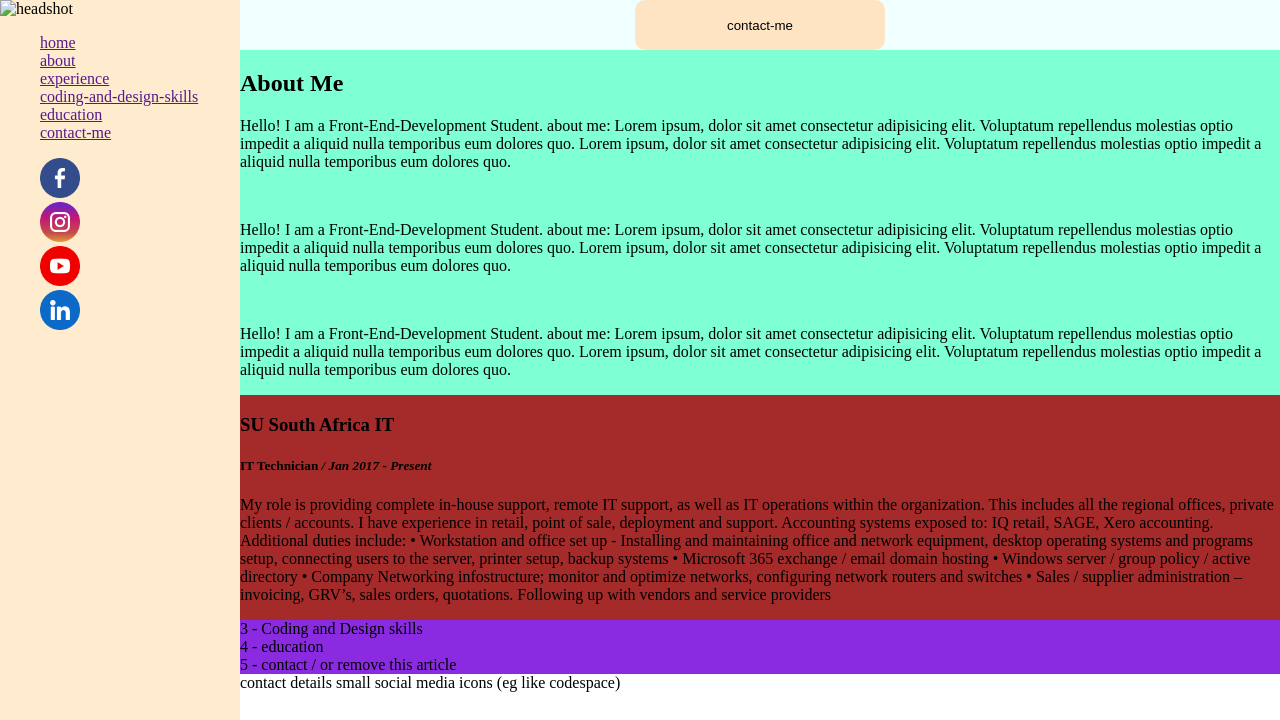
Repository: WesleyErasmus/MyDigitalResume-5
Page: index.html
An editor plug-in stored every save of this project. The page is shown before and after the next save, followed by the edit.
The browser window is 1280 px wide. The pictures show the whole page.

Above is the page before, as saved 2022-02-25 16:15:58.

### index.html
<!DOCTYPE html>
<html lang="en">

<head>
    <meta charset="UTF-8">
    <meta http-equiv="X-UA-Compatible" content="IE=edge">
    <meta name="viewport" content="width=device-width, initial-scale=1.0">
    <title>Wesley Erasmus Digital Resume 5</title>
    <link rel="stylesheet" href="stylesheet.css">
</head>

<body>
    <!-- look into using use hr tag -->
    <header>
        <span>
            <button id="contact-me-btn">contact-me</button>
        </span>
    </header>
    <nav>
        <img src="" alt="headshot">
        <ul class="nav-btns">
            <li><a href="">home</a></li>
            <li><a href="">about</a></li>
            <li><a href="">experience</a></li>
            <li><a href="">coding-and-design-skills</a></li>
            <li><a href="">education</a></li>
            <li><a href="">contact-me</a></li>
        </ul>
        <ul class="social-media-links">
            <li><a href="https://www.facebook.com/codespaceza" target="_blank"><img src="/icons/facebook.png"
                        alt="Facebook" width="40px" height="40px"></a></li>
            <li><a href="https://www.instagram.com/codespaceza/" target="_blank"><img src="icons/instagram.png"
                        alt="Instagram" width="40px" height="40px"></a></li>
            <li><a href="https://www.youtube.com/channel/UCfmXJliguiwBv2QlRzWdrxA" target="_blank"><img
                        src="icons/youtube.png" alt="YouTube" width="40px" height="40px"></a></li>
            <li><a href="https://www.linkedin.com/school/codespaceza/" target="_blank"><img src="icons/linkedin.png"
                        alt="LinkedIn" width="40px" height="40px"></a></li>
        </ul>
    </nav>
    <main>
        <article class="about-me">
            <h1>About Me</h1>
                <p>Hello! I am a Front-End-Development Student. about me: Lorem ipsum, dolor sit amet consectetur
                    adipisicing elit. Voluptatum repellendus molestias optio impedit a aliquid nulla temporibus eum
                    dolores quo. Lorem ipsum, dolor sit amet consectetur adipisicing elit. Voluptatum repellendus
                    molestias optio impedit a aliquid nulla temporibus eum dolores quo.</p>
                <br>
                <p>Hello! I am a Front-End-Development Student. about me: Lorem ipsum, dolor sit amet consectetur
                    adipisicing elit. Voluptatum repellendus molestias optio impedit a aliquid nulla temporibus eum
                    dolores quo. Lorem ipsum, dolor sit amet consectetur adipisicing elit. Voluptatum repellendus
                    molestias optio impedit a aliquid nulla temporibus eum dolores quo.</p>
                <br>
                <p>Hello! I am a Front-End-Development Student. about me: Lorem ipsum, dolor sit amet consectetur
                    adipisicing elit. Voluptatum repellendus molestias optio impedit a aliquid nulla temporibus eum
                    dolores quo. Lorem ipsum, dolor sit amet consectetur adipisicing elit. Voluptatum repellendus
                    molestias optio impedit a aliquid nulla temporibus eum dolores quo.</p>
        </article>
        <article class="job-experience">
            <h3>SU South Africa IT</h3>
            <h5>IT Technician <em>/ Jan 2017 - Present</em> </em></h5>
            <p>My role is providing complete in-house support, remote IT support, as well as IT operations within the organization. This includes all the regional offices, private clients / accounts. I have experience in retail, point of sale, deployment and support. Accounting systems exposed to: IQ retail, SAGE, Xero accounting. Additional duties include:
                • Workstation and office set up - Installing and maintaining office and network equipment, desktop operating systems and programs setup, connecting users to the server, printer setup, backup systems
                • Microsoft 365 exchange / email domain hosting
                • Windows server / group policy / active directory
                • Company Networking infostructure; monitor and optimize networks, configuring network routers and switches
                • Sales / supplier administration – invoicing, GRV’s, sales orders, quotations. Following up with vendors and service providers</p>

        </article>
        <article class="coding-and-design-skills">
            3 - Coding and Design skills
        </article>
        <article class="education">
            4 - education
        </article>
        <article>
            5 - contact / or remove this article
        </article>
    </main>
    <footer>
        contact details
        small social media icons (eg like codespace)
    </footer>

</body>

</html>

### stylesheet.css
* {
    box-sizing: border-box;
    list-style-type: none;
}
body {
    margin: 0 0 0 240px;
    padding: 0;
}
header {
    background-color: azure;
    text-align: center;
}
button#contact-me-btn {
    background-color: bisque;
    width: 250px;
    height: 50px;
    border-radius: 10px;
    border: none;
}
nav {
    background-color: blanchedalmond;
    float: left;
    position: fixed;
    left: 0;
    overflow-y: auto;
    overflow-x: hidden;
    height: 100vh;
    min-height: 100vh;
    top: 0;
    width: 240px;
    z-index: 1;
}
main {
    background-color: blueviolet;
    position: relative;
    display: block;
    width: 100%;
}
article.about-me {
    background-color: aquamarine;
    overflow-x: hidden;
    /* Will need to use the two above stylings for other elements in main container  */
}
article.job-experience {
    background-color:brown;
    overflow-x: hidden;
}

After the next save:
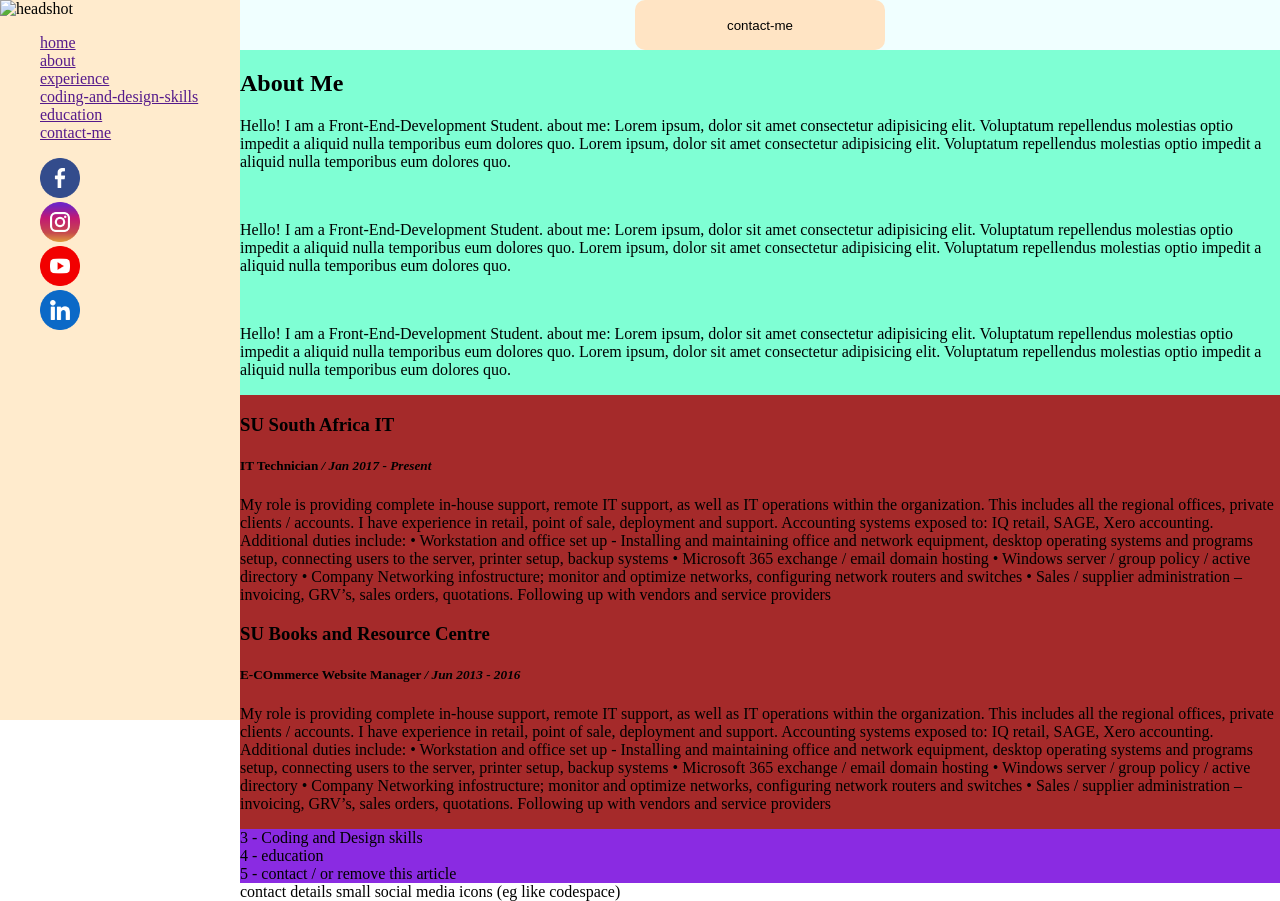
Saved 102 s later.
--- a/index.html
+++ b/index.html
@@ -40,30 +40,50 @@
     <main>
         <article class="about-me">
             <h1>About Me</h1>
-                <p>Hello! I am a Front-End-Development Student. about me: Lorem ipsum, dolor sit amet consectetur
-                    adipisicing elit. Voluptatum repellendus molestias optio impedit a aliquid nulla temporibus eum
-                    dolores quo. Lorem ipsum, dolor sit amet consectetur adipisicing elit. Voluptatum repellendus
-                    molestias optio impedit a aliquid nulla temporibus eum dolores quo.</p>
-                <br>
-                <p>Hello! I am a Front-End-Development Student. about me: Lorem ipsum, dolor sit amet consectetur
-                    adipisicing elit. Voluptatum repellendus molestias optio impedit a aliquid nulla temporibus eum
-                    dolores quo. Lorem ipsum, dolor sit amet consectetur adipisicing elit. Voluptatum repellendus
-                    molestias optio impedit a aliquid nulla temporibus eum dolores quo.</p>
-                <br>
-                <p>Hello! I am a Front-End-Development Student. about me: Lorem ipsum, dolor sit amet consectetur
-                    adipisicing elit. Voluptatum repellendus molestias optio impedit a aliquid nulla temporibus eum
-                    dolores quo. Lorem ipsum, dolor sit amet consectetur adipisicing elit. Voluptatum repellendus
-                    molestias optio impedit a aliquid nulla temporibus eum dolores quo.</p>
+            <p>Hello! I am a Front-End-Development Student. about me: Lorem ipsum, dolor sit amet consectetur
+                adipisicing elit. Voluptatum repellendus molestias optio impedit a aliquid nulla temporibus eum
+                dolores quo. Lorem ipsum, dolor sit amet consectetur adipisicing elit. Voluptatum repellendus
+                molestias optio impedit a aliquid nulla temporibus eum dolores quo.</p>
+            <br>
+            <p>Hello! I am a Front-End-Development Student. about me: Lorem ipsum, dolor sit amet consectetur
+                adipisicing elit. Voluptatum repellendus molestias optio impedit a aliquid nulla temporibus eum
+                dolores quo. Lorem ipsum, dolor sit amet consectetur adipisicing elit. Voluptatum repellendus
+                molestias optio impedit a aliquid nulla temporibus eum dolores quo.</p>
+            <br>
+            <p>Hello! I am a Front-End-Development Student. about me: Lorem ipsum, dolor sit amet consectetur
+                adipisicing elit. Voluptatum repellendus molestias optio impedit a aliquid nulla temporibus eum
+                dolores quo. Lorem ipsum, dolor sit amet consectetur adipisicing elit. Voluptatum repellendus
+                molestias optio impedit a aliquid nulla temporibus eum dolores quo.</p>
         </article>
         <article class="job-experience">
             <h3>SU South Africa IT</h3>
-            <h5>IT Technician <em>/ Jan 2017 - Present</em> </em></h5>
-            <p>My role is providing complete in-house support, remote IT support, as well as IT operations within the organization. This includes all the regional offices, private clients / accounts. I have experience in retail, point of sale, deployment and support. Accounting systems exposed to: IQ retail, SAGE, Xero accounting. Additional duties include:
-                • Workstation and office set up - Installing and maintaining office and network equipment, desktop operating systems and programs setup, connecting users to the server, printer setup, backup systems
+            <h5>IT Technician <em>/ Jan 2017 - Present</em></h5>
+            <p>My role is providing complete in-house support, remote IT support, as well as IT operations within the
+                organization. This includes all the regional offices, private clients / accounts. I have experience in
+                retail, point of sale, deployment and support. Accounting systems exposed to: IQ retail, SAGE, Xero
+                accounting. Additional duties include:
+                • Workstation and office set up - Installing and maintaining office and network equipment, desktop
+                operating systems and programs setup, connecting users to the server, printer setup, backup systems
                 • Microsoft 365 exchange / email domain hosting
                 • Windows server / group policy / active directory
-                • Company Networking infostructure; monitor and optimize networks, configuring network routers and switches
-                • Sales / supplier administration – invoicing, GRV’s, sales orders, quotations. Following up with vendors and service providers</p>
+                • Company Networking infostructure; monitor and optimize networks, configuring network routers and
+                switches
+                • Sales / supplier administration – invoicing, GRV’s, sales orders, quotations. Following up with
+                vendors and service providers</p>
+            <h3>SU Books and Resource Centre</h3>
+            <h5>E-COmmerce Website Manager <em>/ Jun 2013 - 2016</em></h5>
+            <p>My role is providing complete in-house support, remote IT support, as well as IT operations within the
+                organization. This includes all the regional offices, private clients / accounts. I have experience in
+                retail, point of sale, deployment and support. Accounting systems exposed to: IQ retail, SAGE, Xero
+                accounting. Additional duties include:
+                • Workstation and office set up - Installing and maintaining office and network equipment, desktop
+                operating systems and programs setup, connecting users to the server, printer setup, backup systems
+                • Microsoft 365 exchange / email domain hosting
+                • Windows server / group policy / active directory
+                • Company Networking infostructure; monitor and optimize networks, configuring network routers and
+                switches
+                • Sales / supplier administration – invoicing, GRV’s, sales orders, quotations. Following up with
+                vendors and service providers</p>
 
         </article>
         <article class="coding-and-design-skills">
